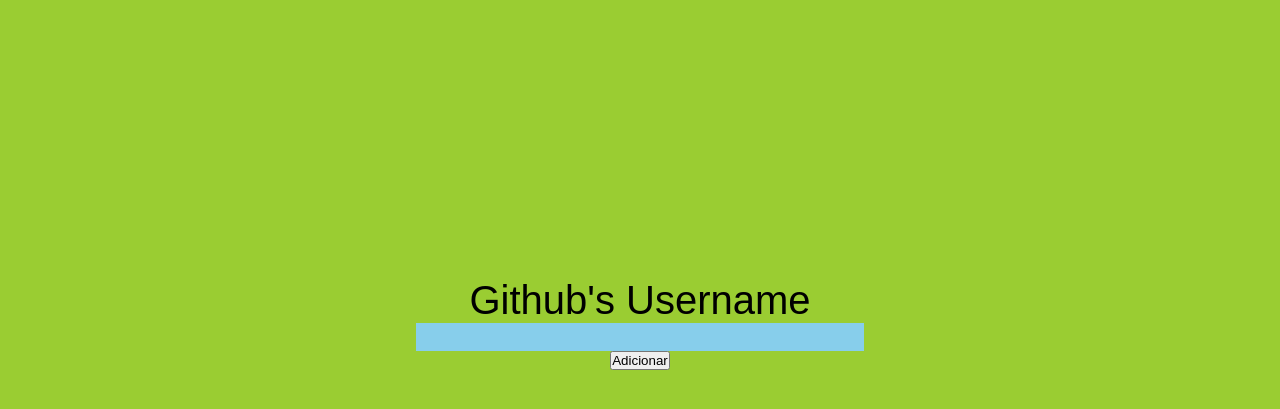
Repository: Orifiel/teste
Page: desafioMod4/desafioJavascritpt0402.html
These files come from the project's save history. The page is drawn as it stood at one moment and after the next save; the edit follows.
The browser window is 1280 px wide. The pictures show the whole page.
Some web fonts or font styles are not loaded; a fallback is used.

Above is the page before, as saved 2020-08-24 11:52:07.

After the next save:
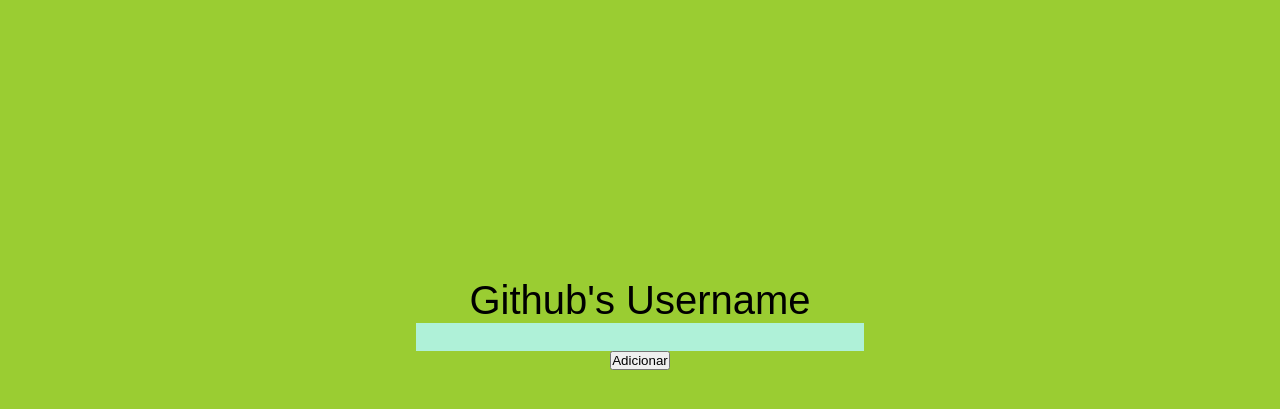
Saved 16 s later.
--- a/desafioMod4/desafioJavascritpt0402.html
+++ b/desafioMod4/desafioJavascritpt0402.html
@@ -33,7 +33,7 @@
         width: 50%;
         height: 28px;
         border: none;
-        background: skyblue;
+        background: rgb(175, 241, 216);
     }
 
 
